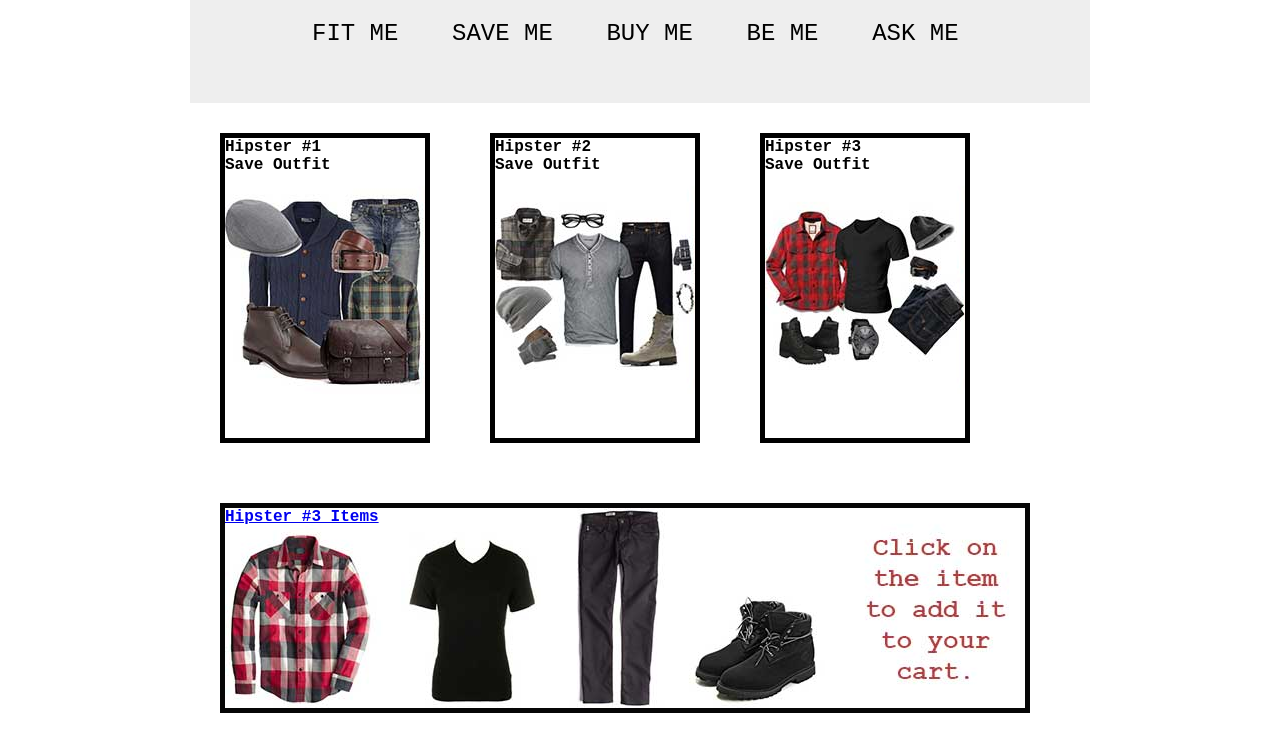
Repository: kesquili/kesquili.github.io
Page: fitin/buyme_hipster.html
The author's editor kept a record of every edit. The page is drawn from the files as they stood at one moment, then again after the next edit.
The browser window is 1280 px wide. The pictures show the whole page.

Above is the page before.
Console error: ReferenceError: $ is not defined

After the next edit:
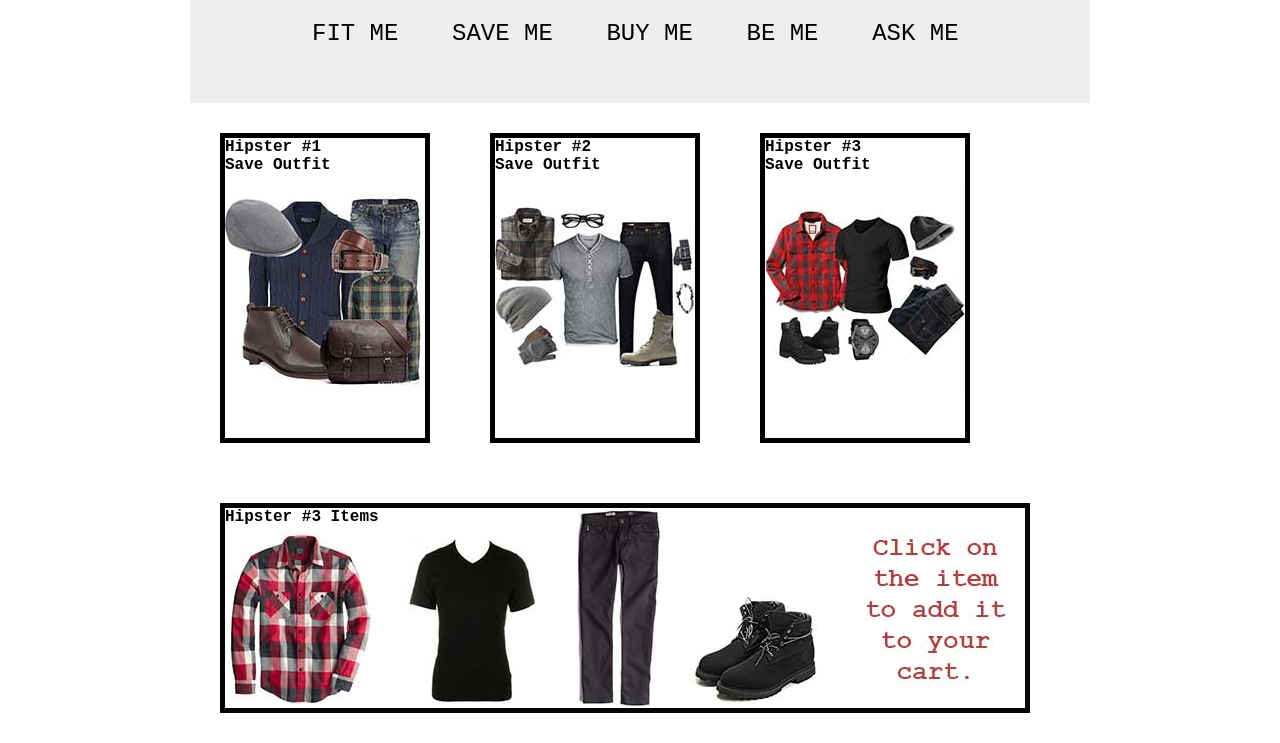
The edit:
--- a/fitin/buyme_hipster.html
+++ b/fitin/buyme_hipster.html
@@ -26,7 +26,7 @@
         <h4 id="hipster3">Hipster #3 <br> <a href="saveme.html">Save Outfit</a></h4>
      </div>
      <div class="breakdown">
-         <h4 id="hipster"><a href="saveme.html">Hipster #3 Items</a></h4>
+         <h4 id="hipster">Hipster #3 Items</h4>
      </div>
 </div>
 
